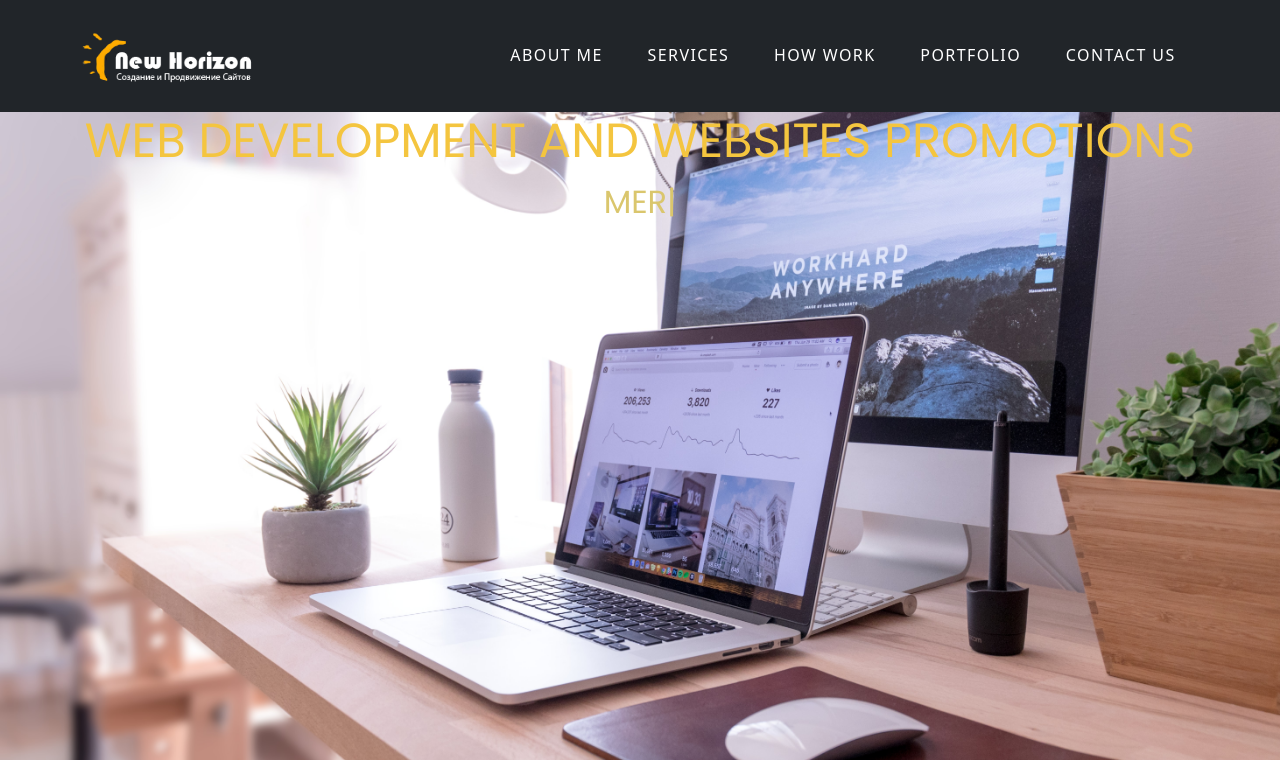
Repository: ahmedibrahimhassan654/React-Bootstrap-5
Page: /
The author's editor kept a copy of each file at every save. The page is drawn from the files as they stood at one save, then again after the next save.
The browser window is 1280 px wide. The pictures show the whole page.
The project was rebuilt for these pictures with package versions that can differ from the ones it lists, and the page was loaded fresh each time.

Above is the page before, as saved 2021-11-25 06:53:26.

### public/index.html
<!DOCTYPE html>
<html lang="en">
  <head>
    <meta charset="utf-8" />
    <link rel="icon" href="%PUBLIC_URL%/favicon.ico" />
    <meta name="viewport" content="width=device-width, initial-scale=1" />
    <meta name="theme-color" content="#000000" />
    <meta
      name="description"
      content="Web site created using create-react-app"
    />
    <link rel="apple-touch-icon" href="%PUBLIC_URL%/logo192.png" />
    <!--
      manifest.json provides metadata used when your web app is installed on a
      user's mobile device or desktop. See https://developers.google.com/web/fundamentals/web-app-manifest/
    -->
    <link rel="manifest" href="%PUBLIC_URL%/manifest.json" />
    <!--
      Notice the use of %PUBLIC_URL% in the tags above.
      It will be replaced with the URL of the `public` folder during the build.
      Only files inside the `public` folder can be referenced from the HTML.

      Unlike "/favicon.ico" or "favicon.ico", "%PUBLIC_URL%/favicon.ico" will
      work correctly both with client-side routing and a non-root public URL.
      Learn how to configure a non-root public URL by running `npm run build`.
    -->
    <title>React App</title>
  </head>
  <body>
    <noscript>You need to enable JavaScript to run this app.</noscript>
    <div id="root"></div>


 <script src="https://cdn.jsdelivr.net/npm/bootstrap@5.0.2/dist/js/bootstrap.bundle.min.js" integrity="sha384-MrcW6ZMFYlzcLA8Nl+NtUVF0sA7MsXsP1UyJoMp4YLEuNSfAP+JcXn/tWtIaxVXM" crossorigin="anonymous"></script>

  </body>
</html>

### src/App.js
import "./App.css";
import "bootstrap/dist/css/bootstrap.min.css";
import Navbar from "./components/Navbar";
import Header from "./components/Header";
function App() {
  return (
    <>
      <Navbar />
      <Header />
    </>
  );
}

export default App;

### src/App.css
/* Font Imported */
@import url("https://fonts.googleapis.com/css2?family=Poppins:wght@300;400&family=Work+Sans:wght@300&display=swap");

:root {
  --primary-white: #fff;
  --primary-orage: #f4c53f;
  --primary-dark: #212529;
  --primary-green: #44ee17;
}

body {
  font-family: "Poppins", sans-serif;
}
/* Nav Bar */
.logo {
  width: 16.25rem;
}
/* Menu Link */

nav a.nav-link {
  /* font-weight: 900; */
  letter-spacing: 0.0875rem;
  cursor: pointer;
}
nav ul li {
  text-transform: uppercase;
}
.navbar-nav li a {
  color: var(--primary-white) !important;
  margin-right: 0.9rem;
  margin-left: 0.9rem;
  border-bottom: 0.1875rem solid var(--primary-dark);
}
.navbar-brand {
  max-width: 17.25rem;
  padding: 0 !important;
  height: 6rem;
}
.navbar-nav li a.active,
.navbar-nav li a.active:focus {
  border-bottom: 0.1875rem solid var(--primary-orage);
}
.navbar-nav li a:hover {
  border-top: 0.1875rem solid var(--primary-green);
}
/* Header */
.header-wraper {
  position: relative;
  background-image: url("/src/img/cover.jpg");
  background-size: cover;
  background-position: center;
  height: 90vh;
}
.maininfo {
  display: flex;
  flex-direction: column;
  justify-content: center;
  align-items: center;
  text-align: center;

  font-family: "Poppins", sans-serif;
}
.maininfo h1 {
  color: var(--primary-orage);
  text-transform: uppercase;

  font-size: 3rem;
}

.text-typed {
  color: #dac66d;
  font-size: 2rem;
}

### src/components/Navbar.jsx
import React from "react";
import logo from "../logo.png";

import { FontAwesomeIcon } from "@fortawesome/react-fontawesome";
import { faBars } from "@fortawesome/free-solid-svg-icons";

const Navbar = () => {
  return (
    <>
      <nav className="navbar navbar-expand-lg navbar-light bg-dark">
        <div className="container">
          <a className="navbar-brand" href="#">
            <img className="logo" src={logo} alt=" logo ...." />
          </a>
          <button
            className="navbar-toggler"
            type="button"
            data-bs-toggle="collapse"
            data-bs-target="#navbarSupportedContent"
            aria-controls="navbarSupportedContent"
            aria-expanded="false"
            aria-label="Toggle navigation"
          >
            <FontAwesomeIcon icon={faBars} style={{ color: "orange" }} />
          </button>
          <div className="collapse navbar-collapse" id="navbarSupportedContent">
            <ul className="navbar-nav ms-auto mb-2 mb-lg-0">
              <li className="nav-item">
                <a className="nav-link " aria-current="page" href="#">
                  about me
                </a>
              </li>
              <li className="nav-item">
                <a className="nav-link" href="#">
                  services
                </a>
              </li>
              <li className="nav-item">
                <a className="nav-link" href="#">
                  How work
                </a>
              </li>
              <li className="nav-item">
                <a className="nav-link" href="#">
                  Portfolio
                </a>
              </li>
              <li className="nav-item">
                <a className="nav-link" href="#">
                  Contact Us
                </a>
              </li>
            </ul>
          </div>
        </div>
      </nav>
    </>
  );
};

export default Navbar;

### src/components/Header.jsx
import React from "react";
import Typed from "react-typed";
const Header = () => {
  return (
    <div className="header-wraper">
      <div className="maininfo">
        <h1> web development and websites promotions</h1>
        <Typed
          className="text-typed"
          strings={[
            "Node Js Developer",
            "React Js Developer",
            "MERN Stack Web Developer",
          ]}
          typeSpeed={80}
          loop
        />
      </div>
    </div>
  );
};

export default Header;

Loaded but not shown: src/index.js (common file); src/reportWebVitals.js (common file)

After the next save:
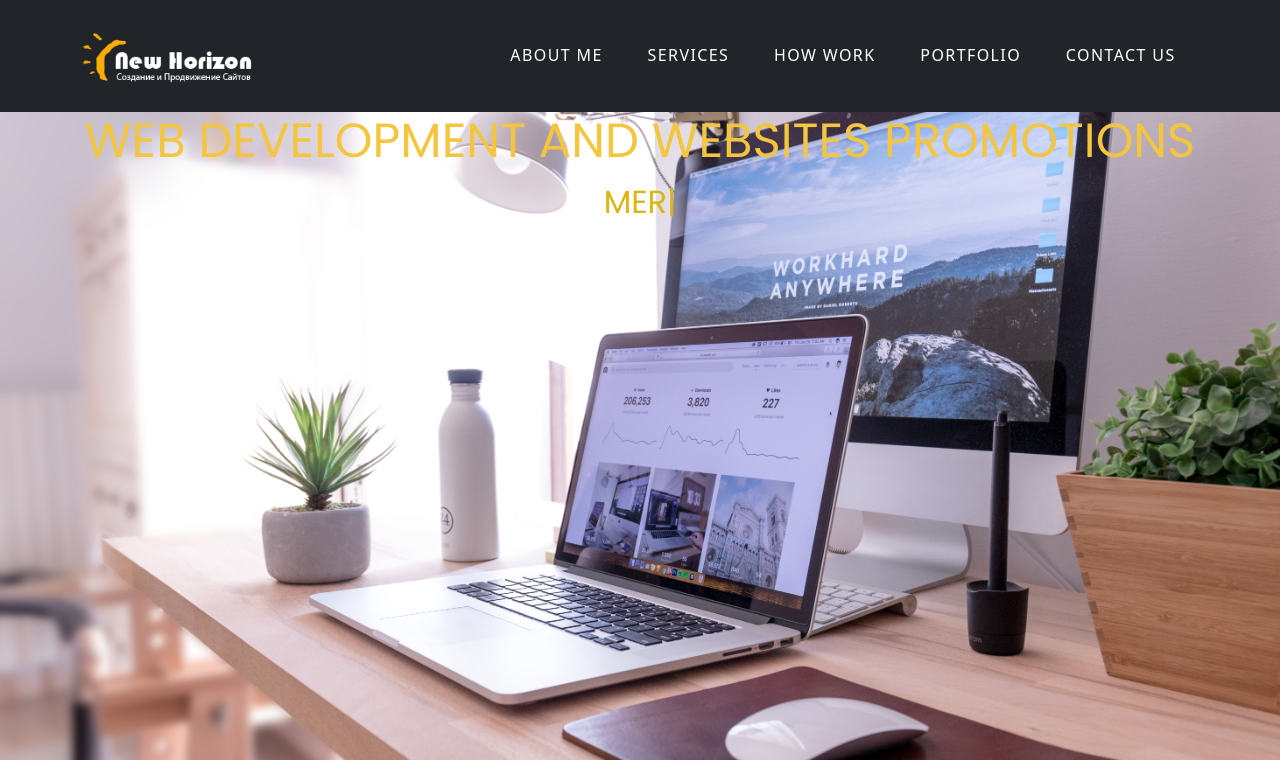
Saved 6 s later.
--- a/src/App.css
+++ b/src/App.css
@@ -68,6 +68,6 @@ nav ul li {
 }
 
 .text-typed {
-  color: #dac66d;
+  color: #dab513;
   font-size: 2rem;
 }
